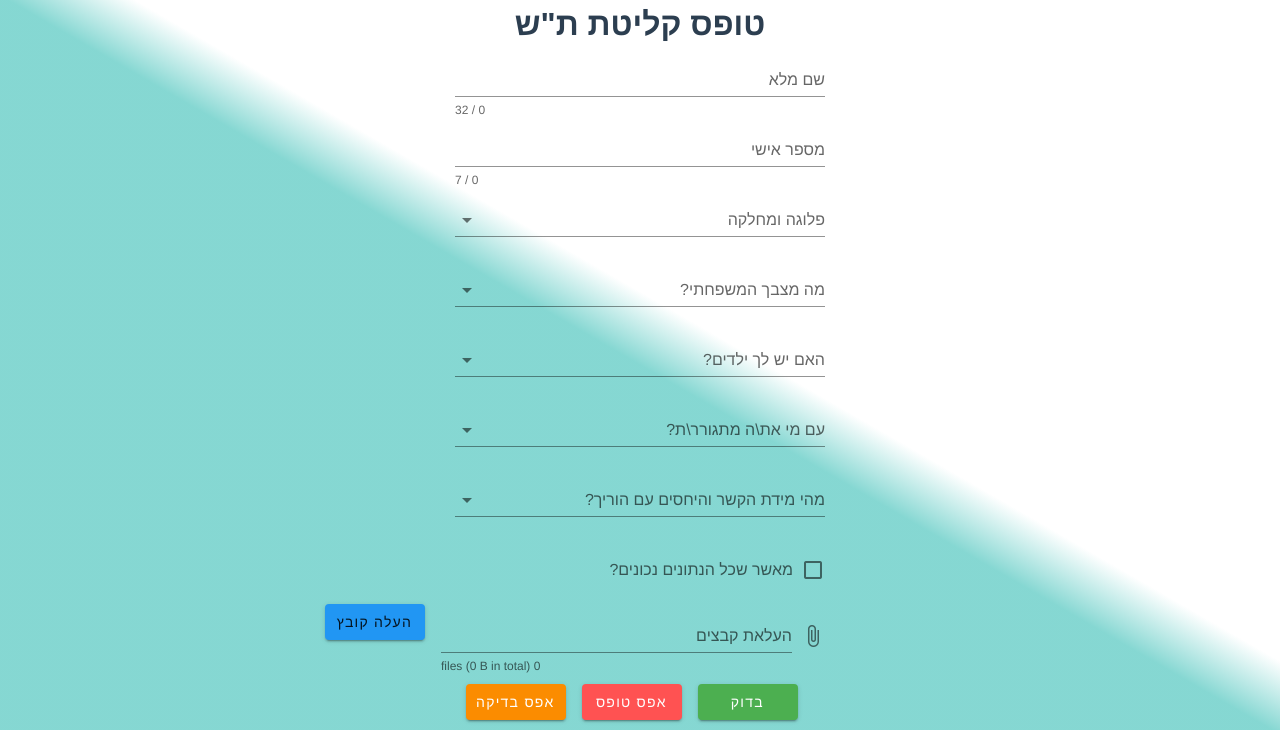
Repository: Natanhel/klitat-tash
Page: /
The author's editor kept a copy of each file at every save. The page is drawn from the files as they stood at one save, then again after the next save.
The browser window is 1280 px wide. The pictures show the whole page.
The page's requests for data from a server got no answer. The project was rebuilt for these pictures with package versions that can differ from the ones it lists, and the page was loaded fresh each time. No one was signed in, and anything a server would have sent is missing. Also part of the build but not shown: vue.config.js.

Above is the page before, as saved 2020-12-01 18:09:31.

After the next save:
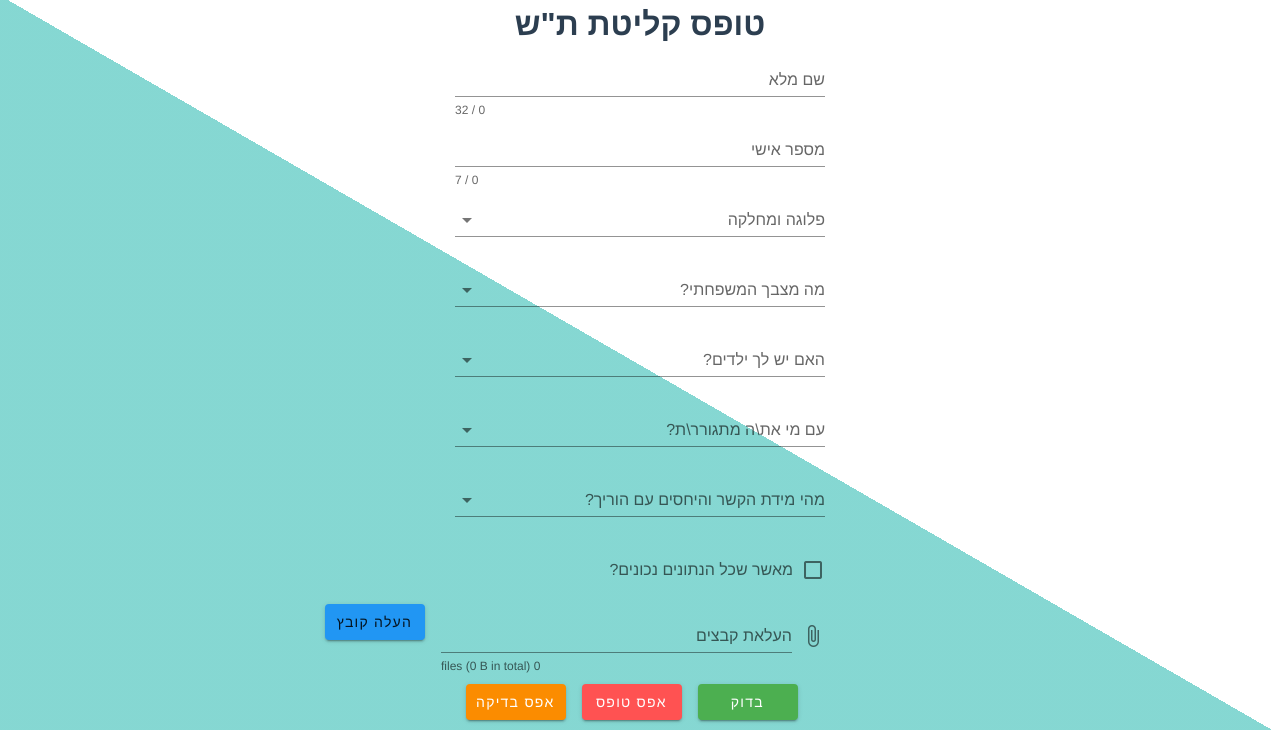
Saved 5 s later.
--- a/src/App.vue
+++ b/src/App.vue
@@ -274,6 +274,6 @@ form
 html
 {
   background: rgb(13,176,166);
-background: linear-gradient(30deg, rgba(13,176,166,0.5) 50%, rgba(255,255,255,1) 55%  );
+background: linear-gradient(30deg, rgba(13,176,166,0.5) 50%, rgba(255,255,255,1) 50%  );
 }
 </style>
